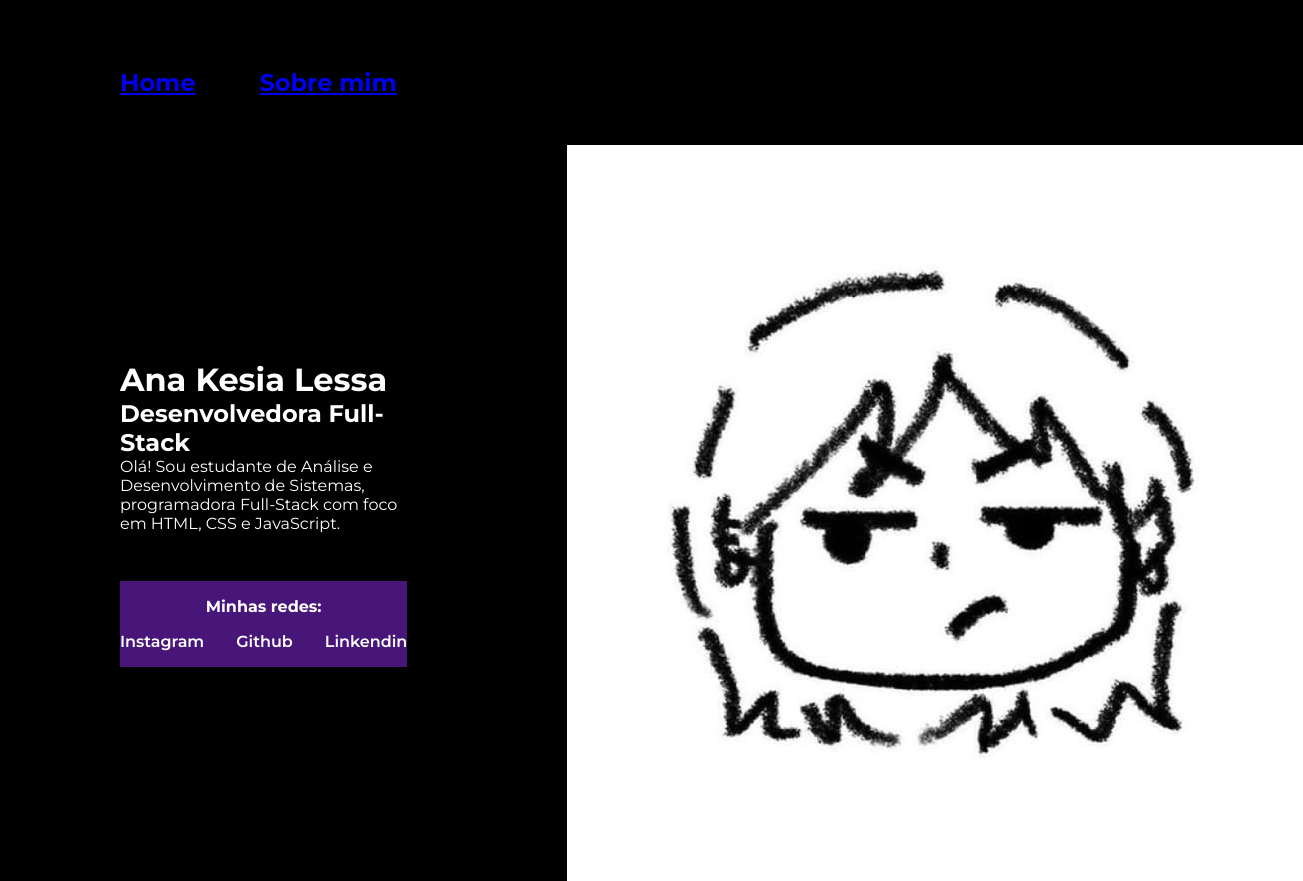
Repository: analessp/portfolio-developer
Page: index.html
The author's editor kept a copy of each file at every save. The page is drawn from the files as they stood at one save, then again after a run of saves.
The browser window is 1280 px wide. The page is 1303 px wide, then 1280 px, so the pictures cover 1303 px, including what lies to the right of the window. The pictures show the whole page.

Above is the page before, as saved 2025-04-24 10:39:42.

After the next 2 saves:
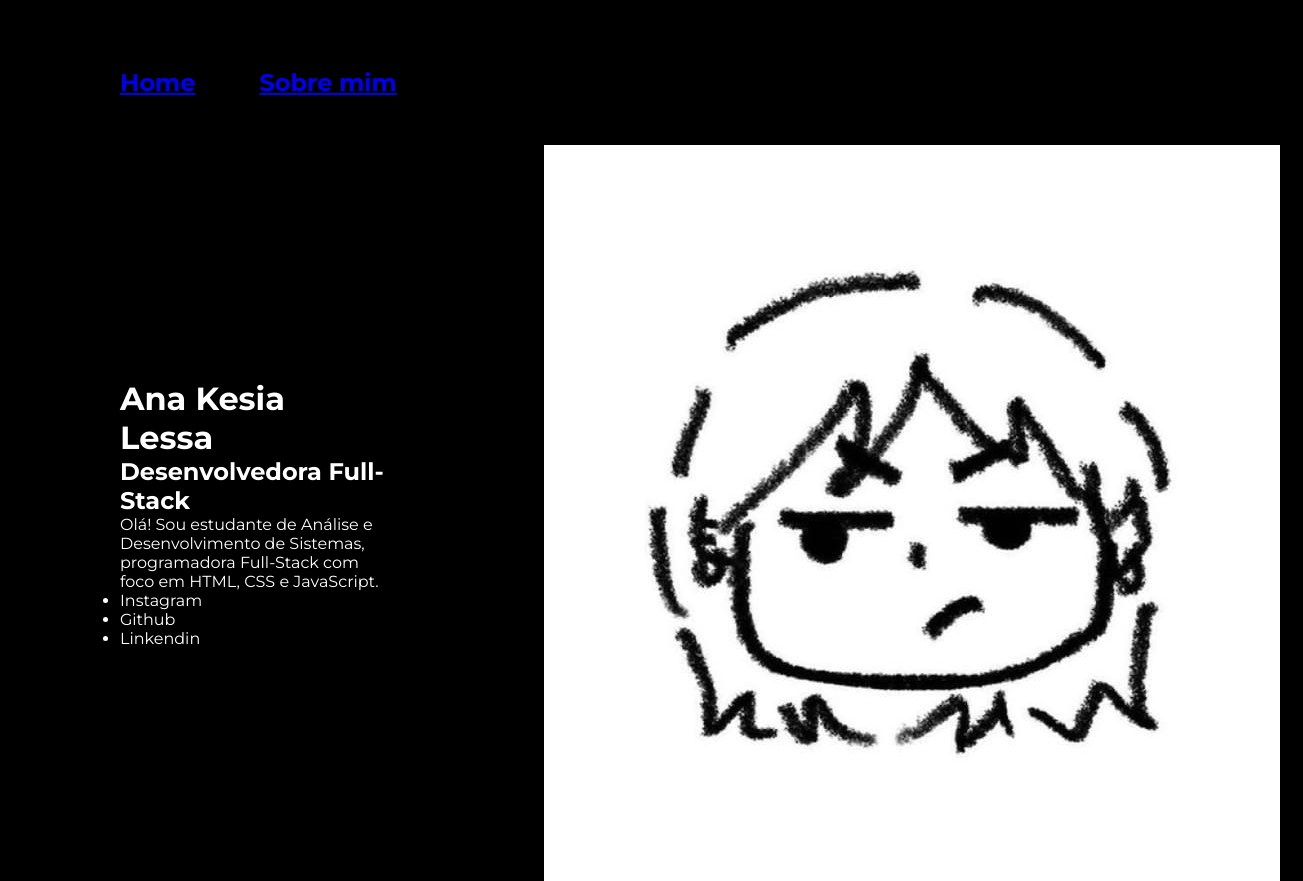
The 2 saves are shown as one change because they came seconds apart.
The last was saved 30 s later.
--- a/index.html
+++ b/index.html
@@ -27,10 +27,6 @@
             <h2>Desenvolvedora Full-Stack</h2>
         </span>
             <p>Olá! Sou estudante de Análise e Desenvolvimento de Sistemas, programadora Full-Stack com foco em HTML, CSS e JavaScript.</p>
-            <ul
-    </main>
-    <footer>
-        <h4>Minhas redes:</h4>
         <ul>
             <li>
                 <a *href*="#">Instagram</a>
